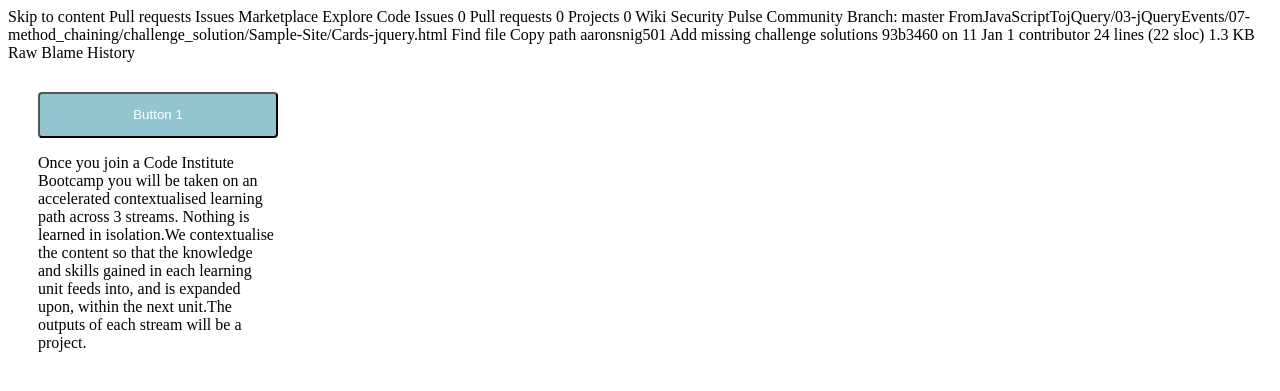
Repository: SOliv1/chaining-methods
Page: index.html
The author's editor kept a record of every edit. The page is drawn from the files as they stood at one moment, then again after the next edit.
The browser window is 1280 px wide. The pictures show the whole page.
Some web libraries are served in a nearby version.

Above is the page before.

After the next edit:
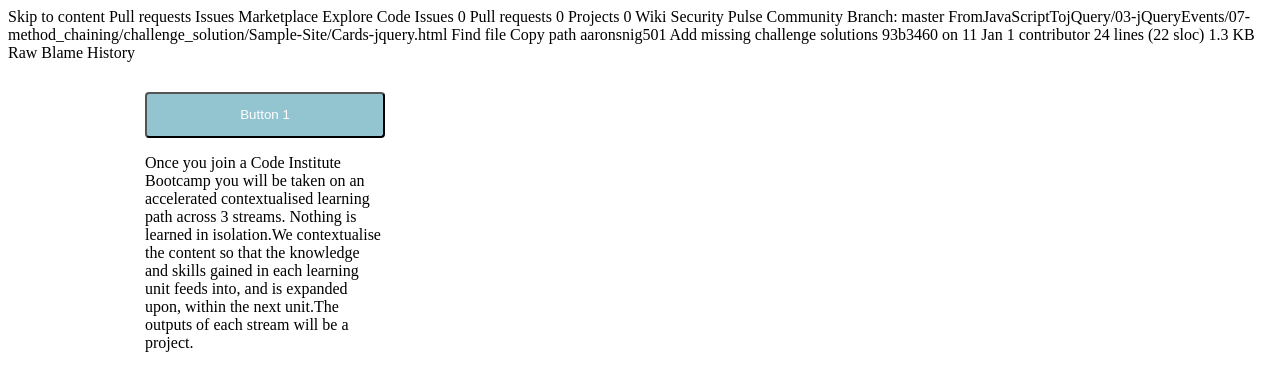
The edit:
--- a/css/style.css
+++ b/css/style.css
@@ -1,33 +1,3 @@
-Skip to content
-
-
-
-Pull requests
-Issues
-Marketplace
-Explore
-
-
-
-
-
-
-Code Issues 0 Pull requests 0 Projects 0 Wiki Security Pulse Community
-Branch: master
-FromJavaScriptTojQuery/03-jQueryEvents/07-method_chaining/challenge_solution/Sample-Site/css/style.css
-Find file
-Copy path
- aaronsnig501 Add missing challenge solutions
-93b3460 on 11 Jan
-1 contributor
-55 lines (43 sloc) 846 Bytes
-Raw
-Blame
-History
-
-
-
-
 #container
 
 {
